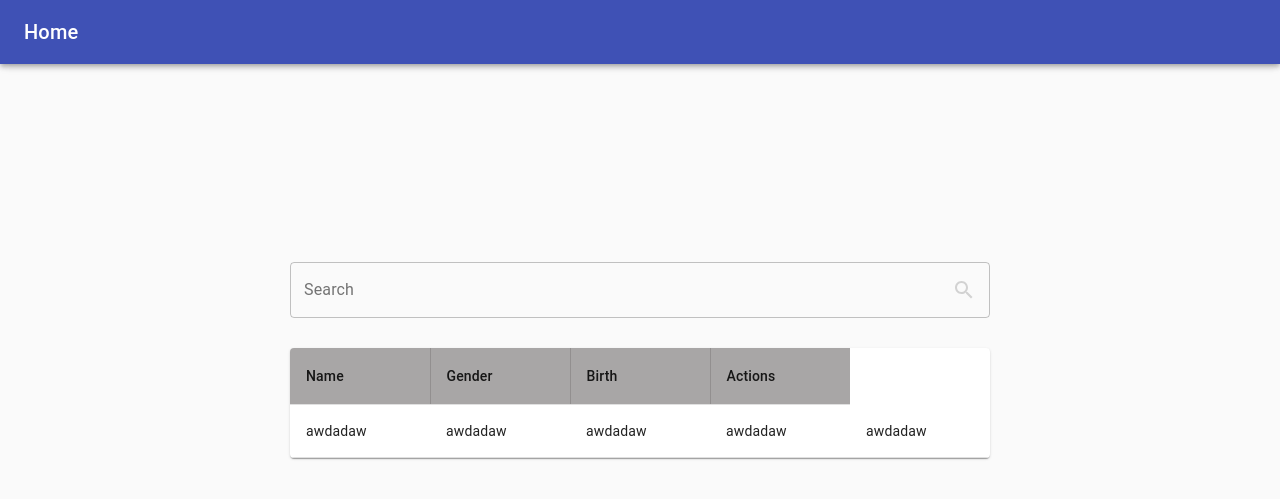
Repository: GabrielBrandaoProjetos/patient-manager
Page: /
These files come from the project's save history. The page is drawn as it stood at one moment and after the next save; the edit follows.
The browser window is 1280 px wide. The pictures show the whole page.
The project was rebuilt for these pictures with package versions that can differ from the ones it lists, and the page was loaded fresh each time.

Above is the page before, as saved 2021-09-14 13:44:29.

### public/index.html
<!DOCTYPE html>
<html lang="en">
  <head>
    <meta charset="utf-8" />
    <meta name="viewport" content="minimum-scale=1, width=device-width, initial-scale=1" />
    <meta name="theme-color" content="#000000" />

    <title>React App</title>
  </head>
  <body>
    <noscript>You need to enable JavaScript to run this app.</noscript>
    <div id="root"></div>
  </body>
</html>

### src/App.tsx
import React from 'react';
import { CssBaseline } from '@material-ui/core';
import { Home } from './pages/Home/Home';


function App() {
  return (
    <>
    <CssBaseline />
    <Home />
    </>
  );
}

export default App;

### src/pages/Home/Home.tsx
import React from 'react';
import { AppBar, FormControl, InputAdornment, InputLabel, OutlinedInput, Paper, Table, TableBody, TableCell, TableContainer, TableHead, TableRow, Toolbar, Typography } from '@material-ui/core';
import {Search} from '@material-ui/icons'
import { createStyles, makeStyles, Theme } from '@material-ui/core/styles';

const useStyles = makeStyles((theme: Theme) =>
  createStyles({
    root: {
      width: '100vw',
      height: '100vh',
      display: 'flex',
      flexDirection: 'column',
      alignItems: 'center',
      justifyContent: 'center',
    },
    title: {
      flexGrow: 1,
    },
    form: {
      maxWidth: 700,
      width: "100%",
    },
    outlinedInput: {

    },
    search: {
      color: "#d2d2d2",
    },
    tableContainer: {
      maxWidth: 700,
      width: "100%",

      marginTop: 30
    },
    table: {

    },
    row: {
      background: "#a8a6a6"
    },
    cell: {
      borderRight: "1px solid #928f8f"
    },
  }),
);

export const Home = () => {
  const classes = useStyles();
  return(
    <div className={classes.root}>
      <AppBar>
        <Toolbar>
          <Typography variant="h6" className={classes.title}>
            Home
          </Typography>
        </Toolbar>
      </AppBar>

      <FormControl className={classes.form} variant="outlined">
        <InputLabel htmlFor="outlined-adornment-search">Search</InputLabel>
        <OutlinedInput
          classes={{root: classes.outlinedInput}}
          id="outlined-adornment-search"
          type="search"
          // value={values.password}
          // onChange={handleChange('password')}
          endAdornment={
            <InputAdornment position="end">
              <Search className={classes.search}/>
            </InputAdornment>
          }
          labelWidth={70}
        />
      </FormControl>

      <TableContainer component={Paper} className={classes.tableContainer}>
        <Table className={classes.table} aria-label="simple table">
          <TableHead>
            <TableRow className={classes.row}>
              <TableCell className={classes.cell}>Name</TableCell>
              <TableCell className={classes.cell}>Gender</TableCell>
              <TableCell className={classes.cell}>Birth</TableCell>
              <TableCell>Actions</TableCell>
            </TableRow>
          </TableHead>
          <TableBody>
            <TableRow>
              <TableCell>awdadaw</TableCell>
              <TableCell>awdadaw</TableCell>
              <TableCell>awdadaw</TableCell>
              <TableCell>awdadaw</TableCell>
              <TableCell>awdadaw</TableCell>

            </TableRow>
          </TableBody>
        </Table>

      </TableContainer>
    </div>
  )
}

Loaded but not shown: src/index.tsx (common file); src/reportWebVitals.ts (common file)

After the next save:
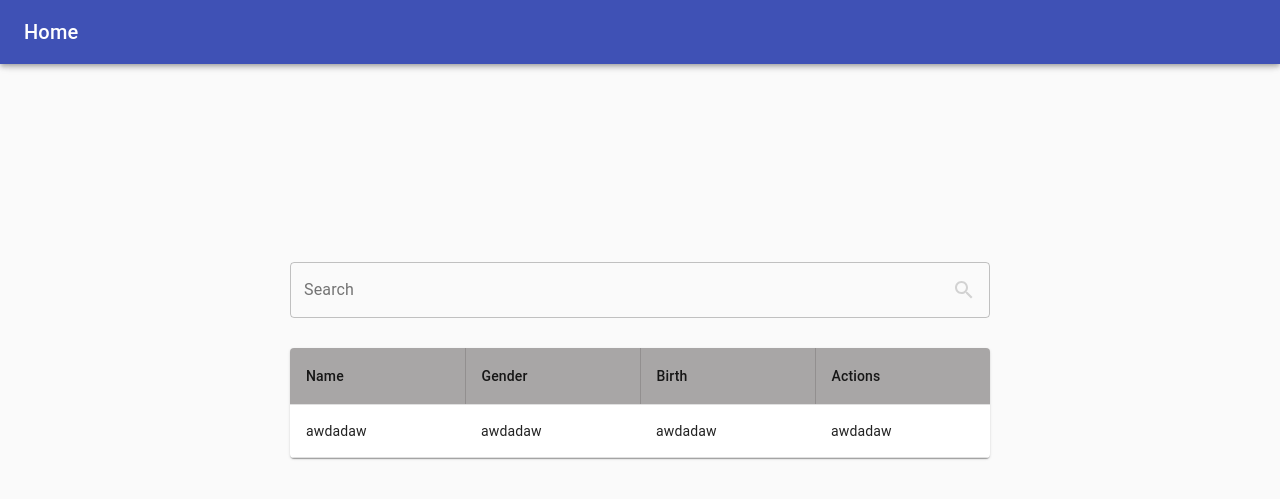
Saved 13 s later.
--- a/src/pages/Home/Home.tsx
+++ b/src/pages/Home/Home.tsx
@@ -89,7 +89,6 @@ export const Home = () => {
               <TableCell>awdadaw</TableCell>
               <TableCell>awdadaw</TableCell>
               <TableCell>awdadaw</TableCell>
-              <TableCell>awdadaw</TableCell>
 
             </TableRow>
           </TableBody>
